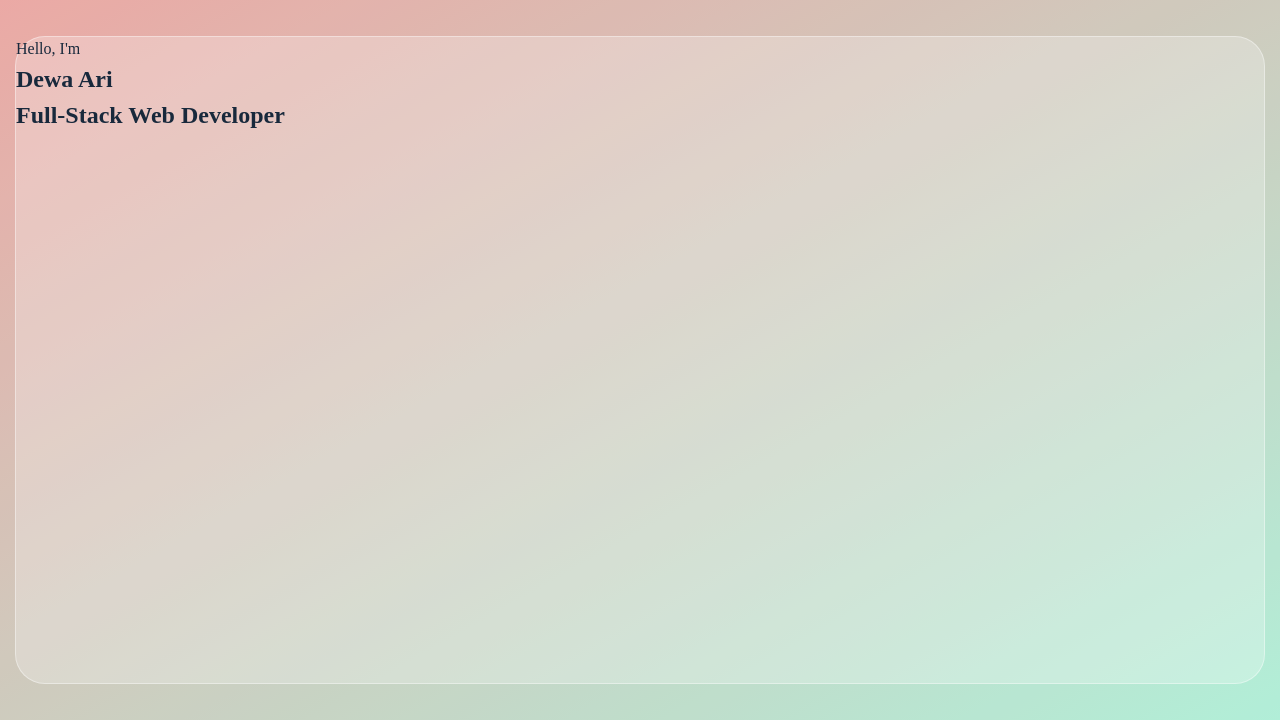
Repository: dewaary/Glassmorp-me
Page: index.html
An editor plug-in stored every save of this project. The page is shown before and after the next save, followed by the edit.
The browser window is 1280 px wide. The pictures show the whole page.

Above is the page before, as saved 2021-05-12 22:03:10.

### index.html
<!DOCTYPE html>
<html lang="en">
<head>
    <meta charset="UTF-8">
    <meta http-equiv="X-UA-Compatible" content="IE=edge">
    <meta name="viewport" content="width=device-width, initial-scale=1.0">
    <link rel="stylesheet" href="style.css">
    <title>Document</title>
</head>
<body>


    <div class="main">

        <section class="home-section">
            <div class="container">
                <div class="row">
                    <div class="home-text">
                        <p>Hello, I'm</p>
                        <h1>Dewa Ari</h1>
                        <h2>Full-Stack Web Developer</h2>
                    </div>
                    <div class="home-img"></div>
                </div>
            </div>
        </section>

    </div>

</body>
</html>

### style.css

:root{
    --main-color: #e02f6b;
    --blue: #0000ff;
    --blue-dark: #18293c;
    --orange: #ffa500;
    --green-yellow: #cddc39;
    --pink-light: #efa2b4;
    --cyan-light: #aef1ee;
    --white: #ffffff;
    --white-alpha-40: rgba(255, 255, 255, 0.40);
    --white-alpha-25: rgba(255, 255, 255, 0.25);
    --backdrop-filter-blur: blur(5px);

}

*{
    box-sizing: border-box;
    padding: 0;
    margin: 0;
    outline: none;
}

::before,
::after{
    box-sizing: border-box;
}

body {
    min-height: 100vh;
    background-image: linear-gradient(to bottom right, var(--pink-light), var(--cyan-light));
    font-size: 16px;
    color: var(--blue-dark);
    line-height: 1.5;
    overflow-x: hidden;
    -webkit-tap-highlight-color: transparent;
    padding: 5vh 15px;
}

body::before{
    content: '';
    position: fixed;
    left: 0;
    top: 0;
    height: 100%;
    width: 100%;
    background-color: var(--green-yellow);
    z-index: -1;
    opacity: 0.12;
}

section {
    background-color: var(--white-alpha-25);
    border: 1px solid var(--white-alpha-40);
    min-height: 90vh;
    border-radius: 30px;
}

After the next save:
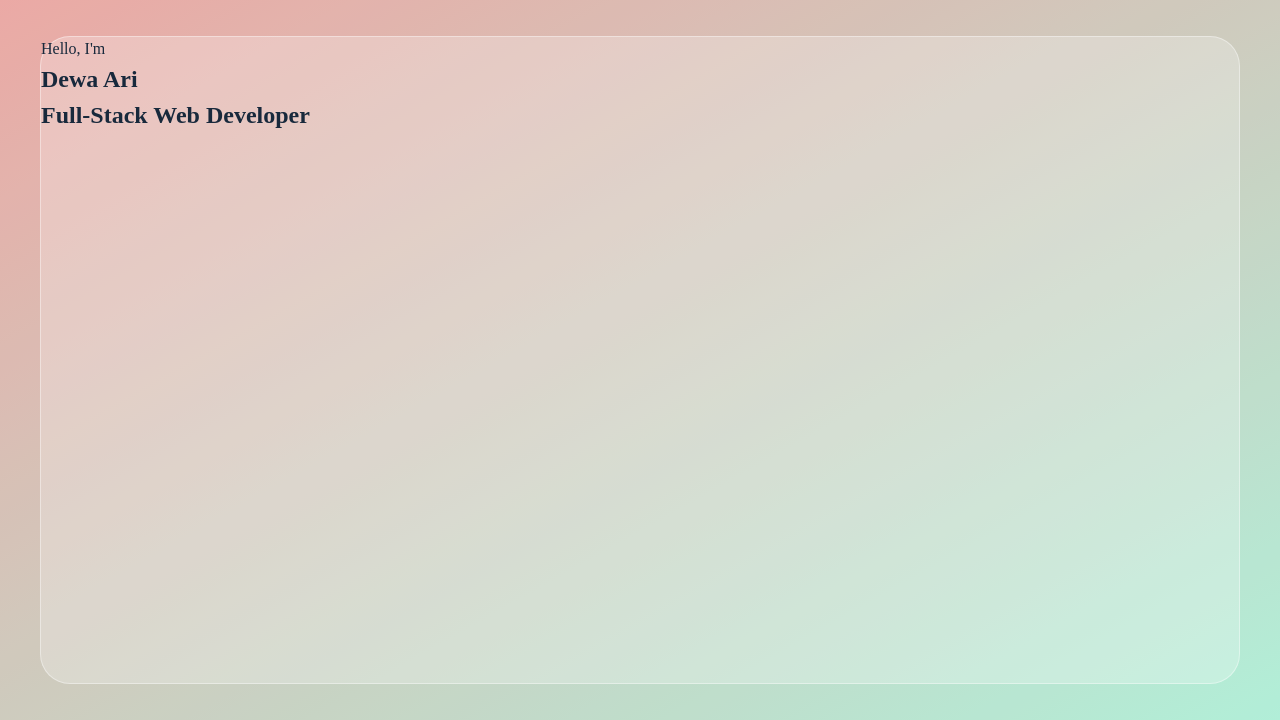
Saved 21 s later.
--- a/style.css
+++ b/style.css
@@ -55,3 +55,8 @@ section {
     min-height: 90vh;
     border-radius: 30px;
 }
+
+.main{
+    max-width: 1200px;
+    margin: auto;
+}
